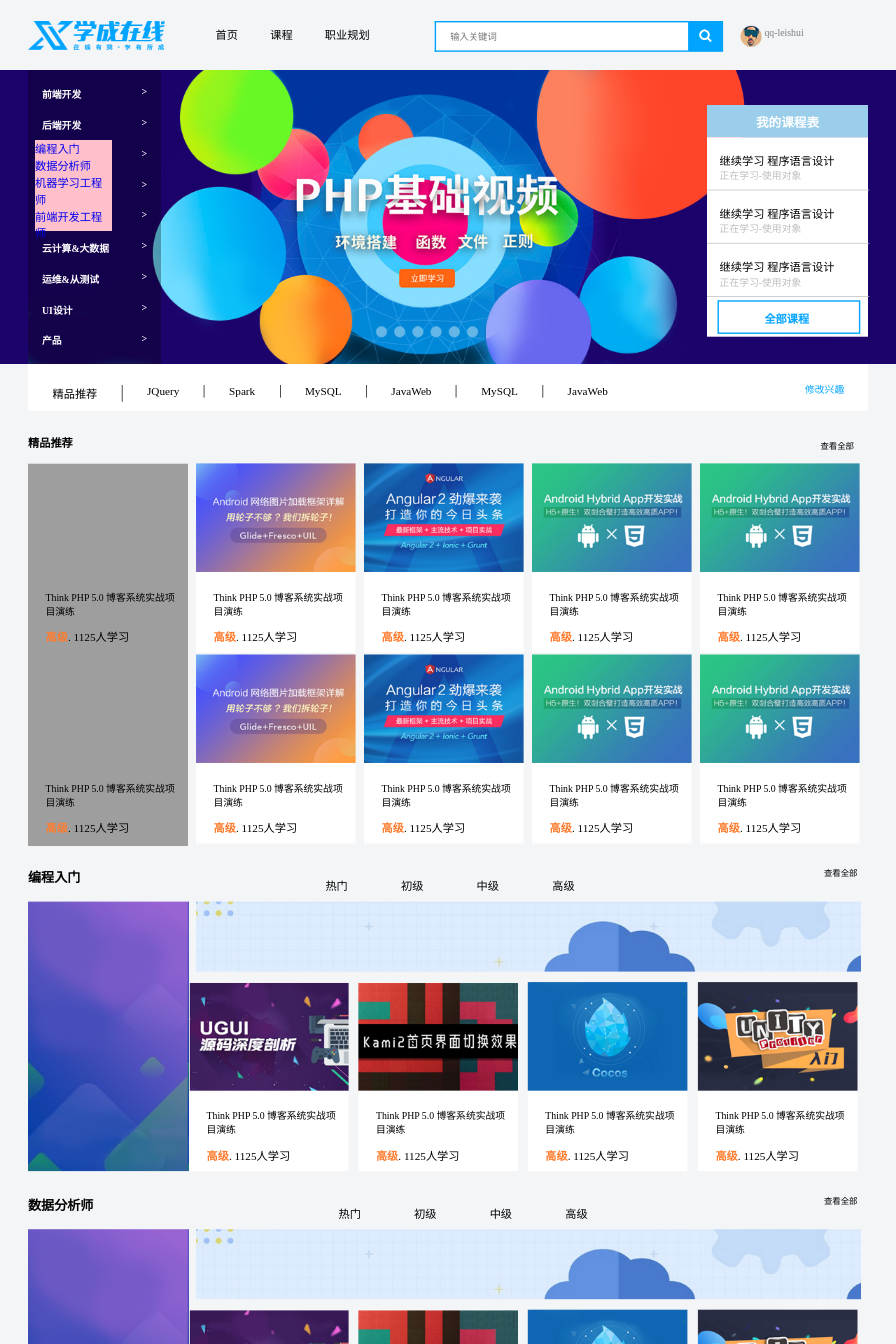
Repository: try-18/web-page-1
Page: index.html
The author's editor kept a copy of each file at every save. The page is drawn from the files as they stood at one save, then again after the next save.
The browser window is 1280 px wide. The pictures show the part of the page from y = 0 to 1920 px (the page is 3340 px tall), at 70% of full size.
Pictures or frames that could not be fetched are drawn as grey boxes.

Above is the page before, as saved 2021-11-02 11:51:55.

After the next save:
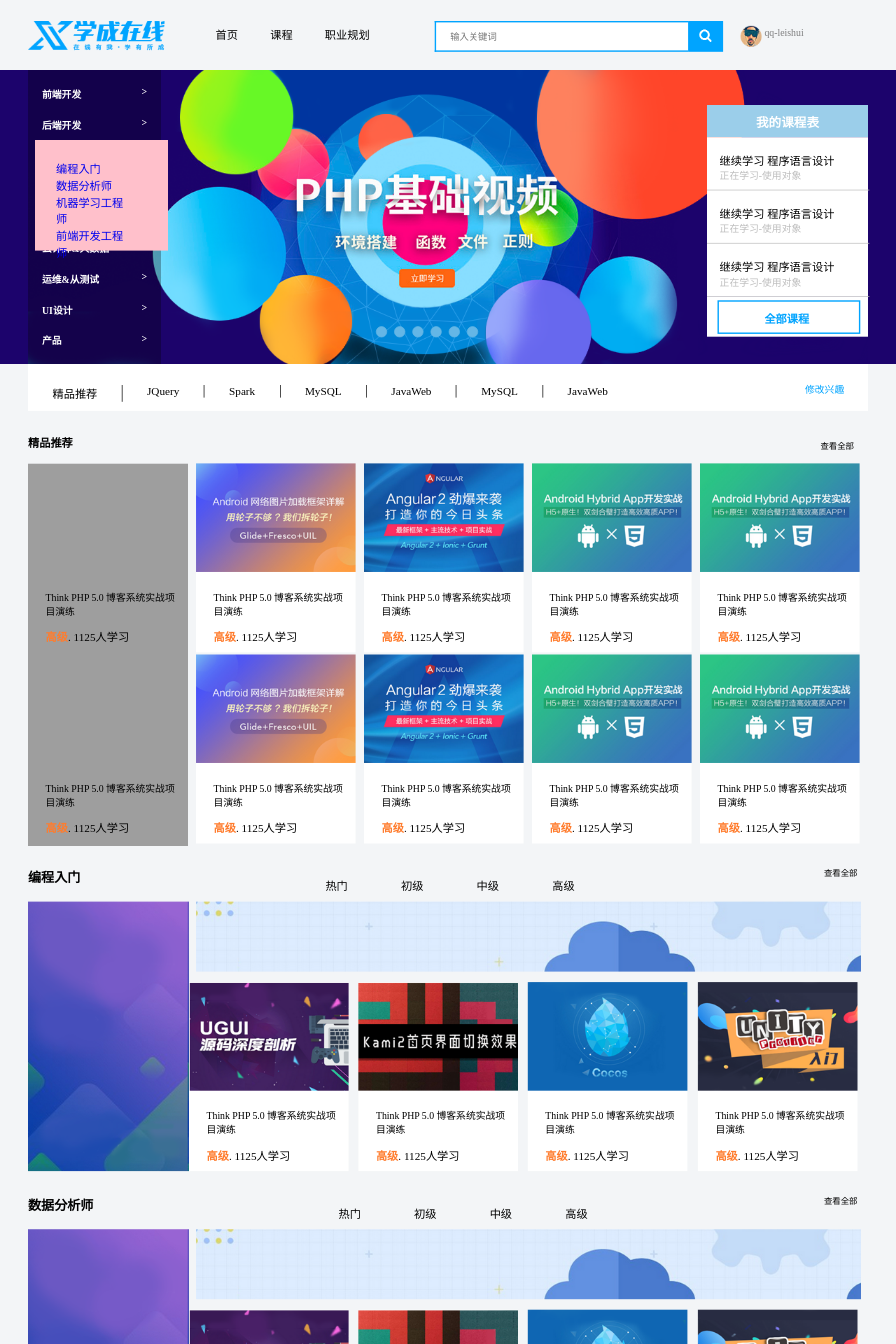
Saved 23 s later.
--- a/index.css
+++ b/index.css
@@ -606,7 +606,7 @@
     width: 110px;
     height: 130px;
     position: fixed;
-    padding: ;
+    padding: 28px 50px 0 30px;
     top: 200px;
     left: 50px;
     background-color: pink;
